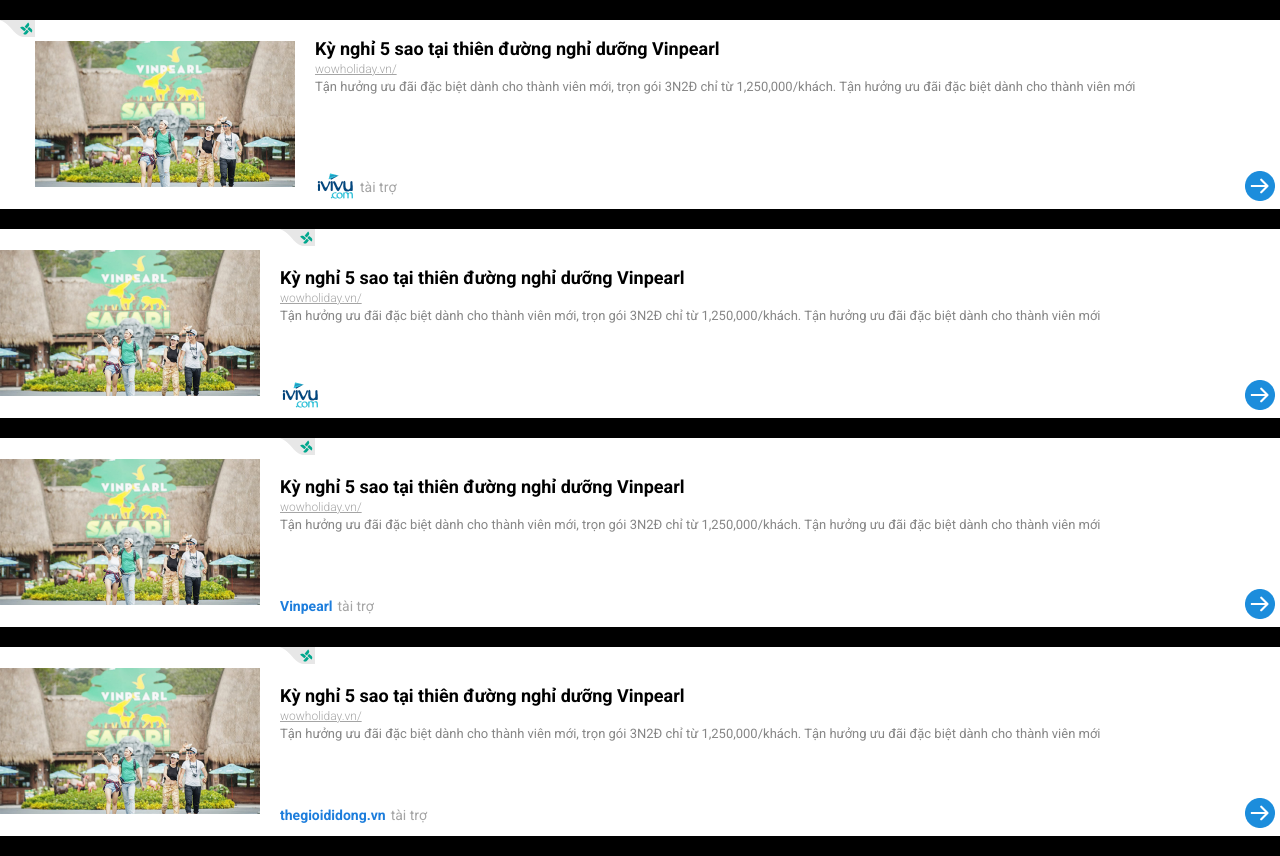
Repository: cuongnguyen1116/Cut-Template
Page: article-card/index.html
The author's editor kept a copy of each file at every save. The page is drawn from the files as they stood at one save, then again after the next save.
The browser window is 1280 px wide. The pictures show the whole page.
The style sheet was rebuilt from its Sass, Less or Tailwind sources for each picture, by a compiler version that may differ from the author's.

Above is the page before, as saved 2023-07-20 10:44:16.

### article-card/index.html
<!DOCTYPE html>
<html lang="en">
  <head>
    <meta charset="UTF-8" />
    <meta name="viewport" content="width=device-width, initial-scale=1.0" />
    <title>Document</title>
    <link rel="stylesheet" href="./build/css/style.css" />
  </head>
  <body style="background-color: black">
    <div id="box1" class="card" style="background-color: white">
      <div class="card__adxLogo">
        <img src="./image/adxlogo-2.png" alt="" />
      </div>
      <div class="card__image">
        <img src="./image/article-img.png" alt="" />
      </div>
      <div class="card__content">
        <div class="card__body">
          <h3 class="card__body--title">
            Kỳ nghỉ 5 sao tại thiên đường nghỉ dưỡng Vinpearl
          </h3>
          <a href="#" class="card__body--link">wowholiday.vn/</a>
          <p class="card__body--description">
            Tận hưởng ưu đãi đặc biệt dành cho thành viên mới, trọn gói 3N2Đ chỉ
            từ 1,250,000/khách. Tận hưởng ưu đãi đặc biệt dành cho thành viên
            mới
          </p>
        </div>
        <div class="card__footer">
          <div class="card__footer--left">
            <img src="./image/sponsor-logo.png" alt="Sponsor Logo" />
            <p class="card__footer--text">tài trợ</p>
          </div>
          <div class="card__footer--right">
            <img src="./image/goto-btn.png" alt="" class="card__footer--goto" />
          </div>
        </div>
      </div>
    </div>
    <div id="box2" class="card" style="background-color: white">
      <div class="card__image">
        <img src="./image/article-img.png" alt="" />
      </div>
      <div class="card__content">
        <div class="card__adxLogo">
          <img src="./image/adxlogo-2.png" alt="" />
        </div>
        <div class="card__body">
          <h3 class="card__body--title">
            Kỳ nghỉ 5 sao tại thiên đường nghỉ dưỡng Vinpearl
          </h3>
          <a href="#" class="card__body--link">wowholiday.vn/</a>
          <p class="card__body--description">
            Tận hưởng ưu đãi đặc biệt dành cho thành viên mới, trọn gói 3N2Đ chỉ
            từ 1,250,000/khách. Tận hưởng ưu đãi đặc biệt dành cho thành viên
            mới
          </p>
        </div>
        <div class="card__footer">
          <div class="card__footer--left">
            <img src="./image/sponsor-logo.png" alt="Sponsor Logo" />
          </div>
          <div class="card__footer--right">
            <img src="./image/goto-btn.png" alt="" class="card__footer--goto" />
          </div>
        </div>
      </div>
    </div>

    <div id="box3" class="card" style="background-color: white">
      <div class="card__image">
        <img src="./image/article-img.png" alt="" />
      </div>
      <div class="card__content">
        <div class="card__adxLogo">
          <img src="./image/adxlogo-2.png" alt="" />
        </div>
        <div class="card__body">
          <h3 class="card__body--title">
            Kỳ nghỉ 5 sao tại thiên đường nghỉ dưỡng Vinpearl
          </h3>
          <a href="#" class="card__body--link">wowholiday.vn/</a>
          <p class="card__body--description">
            Tận hưởng ưu đãi đặc biệt dành cho thành viên mới, trọn gói 3N2Đ chỉ
            từ 1,250,000/khách. Tận hưởng ưu đãi đặc biệt dành cho thành viên
            mới
          </p>
        </div>
        <div class="card__footer">
          <div class="card__footer--left">
            <p class="card__footer--sponsor-name">Vinpearl</p>
            <p class="card__footer--text">tài trợ</p>
          </div>
          <div class="card__footer--right">
            <img src="./image/goto-btn.png" alt="" class="card__footer--goto" />
          </div>
        </div>
      </div>
    </div>
    <div id="box4" class="card" style="background-color: white">
      <div class="card__image">
        <img src="./image/article-img.png" alt="" />
      </div>
      <div class="card__content">
        <div class="card__adxLogo">
          <img src="./image/adxlogo-2.png" alt="" />
        </div>
        <div class="card__body">
          <h3 class="card__body--title">
            Kỳ nghỉ 5 sao tại thiên đường nghỉ dưỡng Vinpearl
          </h3>
          <a href="#" class="card__body--link">wowholiday.vn/</a>
          <p class="card__body--description">
            Tận hưởng ưu đãi đặc biệt dành cho thành viên mới, trọn gói 3N2Đ chỉ
            từ 1,250,000/khách. Tận hưởng ưu đãi đặc biệt dành cho thành viên
            mới
          </p>
        </div>
        <div class="card__footer">
          <div class="card__footer--left">
            <p class="card__footer--sponsor-name">thegioididong.vn</p>
            <p class="card__footer--text">tài trợ</p>
          </div>
          <div class="card__footer--right">
            <img src="./image/goto-btn.png" alt="" class="card__footer--goto" />
          </div>
        </div>
      </div>
    </div>
  </body>
</html>

### article-card/src/scss/style.scss
@import "./reset";
@import "./fonts";
@import "./mixins";

.adxLogo {
  display: block;
  position: absolute;
  right: 0;
}

.card {
  height: 189px;
  display: flex;
  position: relative;
  margin: 20px 0;

  &__image {
    padding: 21px 0;
    padding-right: 20px;
  }

  &__content {
    flex-grow: 1;
    display: flex;
    flex-direction: column;
    justify-content: space-between;
    padding-right: 5px;
    padding-bottom: 5px;
  }

  &__body {
    margin-top: 17px;

    &--title {
      @include customizeText(18px, 700, 23px);
      overflow: hidden;
      text-overflow: ellipsis;
      display: -webkit-box;
      -webkit-line-clamp: 2;
      -webkit-box-orient: vertical;
    }

    &--link {
      @include customizeText(12px, 300, 18px, #a5a5a5);
    }

    &--description {
      @include customizeText(13px, 400, 18px, #868686);
      overflow: hidden;
      text-overflow: ellipsis;
      display: -webkit-box;
      -webkit-line-clamp: 2;
      -webkit-box-orient: vertical;
    }
  }

  &__footer {
    margin-top: auto;
    display: flex;
    justify-content: space-between;
    align-items: center;

    &--left {
      display: flex;

      & > *:not(:last-child) {
        margin-right: 5px;
      }
    }

    &--sponsor-name {
      @include customizeText(14px, 700, 18px, #1c7ddc);
    }

    &--text {
      align-self: center;
      @include customizeText(14px, 400, 18px, #a5a5a5);
    }

    &--goto {
      height: 30px;
      width: 30px;
    }
  }
}

### article-card/src/scss/_reset.scss
/* http://meyerweb.com/eric/tools/css/reset/
   v5.0.1 | 20191019
   License: none (public domain)
*/

html,
body,
div,
span,
applet,
object,
iframe,
h1,
h2,
h3,
h4,
h5,
h6,
p,
blockquote,
pre,
a,
abbr,
acronym,
address,
big,
cite,
code,
del,
dfn,
em,
img,
ins,
kbd,
q,
s,
samp,
small,
strike,
strong,
sub,
sup,
tt,
var,
b,
u,
i,
center,
dl,
dt,
dd,
menu,
ol,
ul,
li,
fieldset,
form,
label,
legend,
table,
caption,
tbody,
tfoot,
thead,
tr,
th,
td,
article,
aside,
canvas,
details,
embed,
figure,
figcaption,
footer,
header,
hgroup,
main,
menu,
nav,
output,
ruby,
section,
summary,
time,
mark,
audio,
video {
  margin: 0;
  padding: 0;
  border: 0;
  font-size: 100%;
  font: inherit;
  vertical-align: baseline;
}
/* HTML5 display-role reset for older browsers */
article,
aside,
details,
figcaption,
figure,
footer,
header,
hgroup,
main,
menu,
nav,
section {
  display: block;
}
/* HTML5 hidden-attribute fix for newer browsers */
*[hidden] {
  display: none;
}
body {
  line-height: 1;
}
menu,
ol,
ul {
  list-style: none;
}
blockquote,
q {
  quotes: none;
}
blockquote:before,
blockquote:after,
q:before,
q:after {
  content: "";
  content: none;
}
table {
  border-collapse: collapse;
  border-spacing: 0;
}

### article-card/src/scss/_fonts.scss
@import url("https://fonts.googleapis.com/css2?family=Roboto:wght@300;400;700&display=swap");

body {
  font-family: "Roboto", sans-serif;
}

### article-card/src/scss/_mixins.scss
@mixin customizeText(
  $f-size: initial,
  $f-weight: initial,
  $f-lineheight: initial,
  $color: initial
) {
  font-size: $f-size;
  font-weight: $f-weight;
  line-height: $f-lineheight;
  color: $color;
}

@mixin size($height, $width: $height) {
  height: $height;
  width: $width;
}

After the next save:
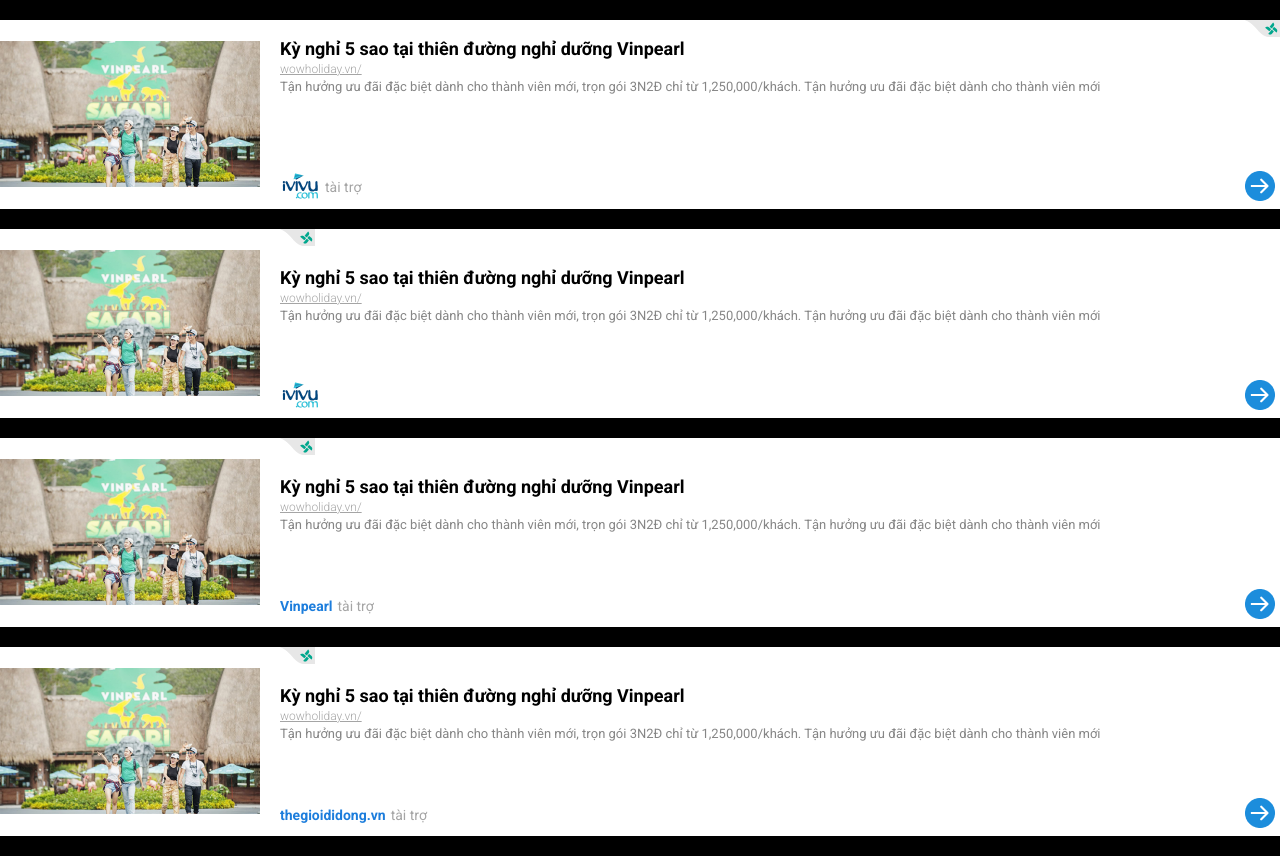
Saved 2 s later.
--- a/article-card/index.html
+++ b/article-card/index.html
@@ -8,7 +8,7 @@
   </head>
   <body style="background-color: black">
     <div id="box1" class="card" style="background-color: white">
-      <div class="card__adxLogo">
+      <div class="adxLogo">
         <img src="./image/adxlogo-2.png" alt="" />
       </div>
       <div class="card__image">
